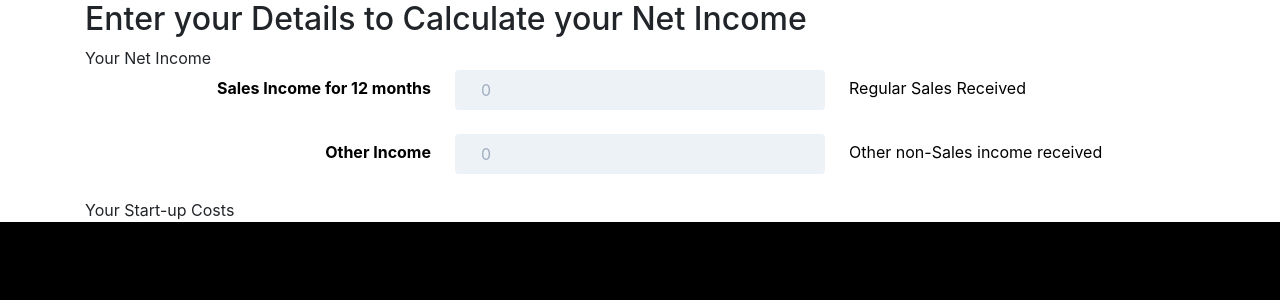
Repository: latenightsnacc/Financial-Forecast
Page: financial-forecast.html
The author's editor kept a copy of each file at every save. The page is drawn from the files as they stood at one save, then again after the next save.
The browser window is 1280 px wide. The pictures show the whole page.

Above is the page before, as saved 2020-11-15 11:44:10.

### financial-forecast.html
<!DOCTYPE html>
<html lang="en">
<head>
    <meta charset="UTF-8">
    <meta name="viewport" content="width=device-width, initial-scale=1.0">
    <!--Tailwind CDN-->
    <link rel="stylesheet" href="https://cdnjs.cloudflare.com/ajax/libs/tailwindcss/1.9.6/base.min.css" integrity="sha512-hEjkvMSM0ql6VJcNK0gTmjt9ar8F2yHeBUbJKtyvQhkkbGMhiJ4+MaiB8XxsthLAHJx5vy2I9dN0un8HiWG2LA==" crossorigin="anonymous" />
    <link rel="stylesheet" href="https://cdnjs.cloudflare.com/ajax/libs/tailwindcss/1.9.6/components.min.css" integrity="sha512-TizAONqhvXjEfRPhptSUkZNVU497PzAnXNGNUoeOjeni4dHpJ+ak+ZsyoGna20LH/yg1PvdufN1VbnVQeVDftg==" crossorigin="anonymous" />
    <link rel="stylesheet" href="https://cdnjs.cloudflare.com/ajax/libs/tailwindcss/1.9.6/tailwind.css" integrity="sha512-HY1FOTeAX9idUBWDhVDrBg8QUHBisKVQ4BCVj1jFo5z76mk87w4Rr5YGP8nBkcGmoMzqYvdeXHMOg/olF45z3g==" crossorigin="anonymous" />
    <link rel="stylesheet" href="https://cdnjs.cloudflare.com/ajax/libs/tailwindcss/1.9.6/utilities.min.css" integrity="sha512-0QJfuLKyYJWGB5hKArJW67xqMLDlR8YaLM/ZuW2mRn4NRwHNsGm7UuREc5Fu7jONHyewPKnGODY0N8G+FQbfxg==" crossorigin="anonymous" />
    <!--Bootstrap CDN-->
    <link rel="stylesheet" href="https://cdn.jsdelivr.net/npm/bootstrap@4.5.3/dist/css/bootstrap.min.css" integrity="sha384-TX8t27EcRE3e/ihU7zmQxVncDAy5uIKz4rEkgIXeMed4M0jlfIDPvg6uqKI2xXr2" crossorigin="anonymous">
    <title>Financial Forecast |Resaads Consults - Think Millenial</title>
</head>
<body class="bg-black">
    <div class="container">
        <!--Navigation-->
    </div>
    <div class="wrapper bg-white">
        <div class="container">
            <h2 class="title">Enter your Details to Calculate your Net Income</h2>
        </div>
        <div class="container">
            <!--FORM-->
            <form class="w-full max-w-none">
            <!--NET INCOME-->
                <div class="title">Your Net Income</div>
                <!--Sales Income-->
                <div class="md:flex md:items-center mb-6">
                  <div class="md:w-1/3">
                    <label class="block text-black font-bold md:text-right mb-1 md:mb-0 pr-4" for="inline-full-name" placeholder="0">
                      Sales Income for 12 months
                    </label>
                  </div>
                  <div class="md:w-1/3">
                    <input class="bg-gray-200 appearance-none border-2 border-gray-200 rounded w-full py-2 px-4 text-gray-700 leading-tight focus:outline-none focus:bg-white focus:border-grey-500" id="inline-full-name" type="text" placeholder="0">
                  </div>
                  <div class="md:w-1/3">
                    <label class="block text-black font-500 md:text-right mb-1 md:mb-0 pl-4 float-left" for="inline-full-name" >
                      Regular Sales Received
                    </label>
                  </div>
                </div>
                <!--Other Income-->
                <div class="md:flex md:items-center mb-6">
                    <div class="md:w-1/3">
                      <label class="block text-black font-bold md:text-right mb-1 md:mb-0 pr-4" for="inline-full-name" placeholder="0">
                        Other Income
                      </label>
                    </div>
                    <div class="md:w-1/3">
                      <input class="bg-gray-200 appearance-none border-2 border-gray-200 rounded w-full py-2 px-4 text-gray-700 leading-tight focus:outline-none focus:bg-white focus:border-grey-500" id="inline-full-name" type="text" placeholder="0">
                    </div>
                    <div class="md:w-1/3">
                      <label class="block text-black font-500 md:text-right mb-1 md:mb-0 pl-4 float-left" for="inline-full-name" >
                        Other non-Sales income received
                      </label>
                    </div>
                </div>
            <!--STARTUP COSTS-->
                <div class="title">Your Start-up Costs</div>
              </form>
        </div>
    </div>
    <!--Bootstrap Scripts-->
    <script src="https://code.jquery.com/jquery-3.5.1.slim.min.js" integrity="sha384-DfXdz2htPH0lsSSs5nCTpuj/zy4C+OGpamoFVy38MVBnE+IbbVYUew+OrCXaRkfj" crossorigin="anonymous"></script>
    <script src="https://cdn.jsdelivr.net/npm/popper.js@1.16.1/dist/umd/popper.min.js" integrity="sha384-9/reFTGAW83EW2RDu2S0VKaIzap3H66lZH81PoYlFhbGU+6BZp6G7niu735Sk7lN" crossorigin="anonymous"></script>
    <script src="https://cdn.jsdelivr.net/npm/bootstrap@4.5.3/dist/js/bootstrap.min.js" integrity="sha384-w1Q4orYjBQndcko6MimVbzY0tgp4pWB4lZ7lr30WKz0vr/aWKhXdBNmNb5D92v7s" crossorigin="anonymous"></script>
</body>
</html>

After the next save:
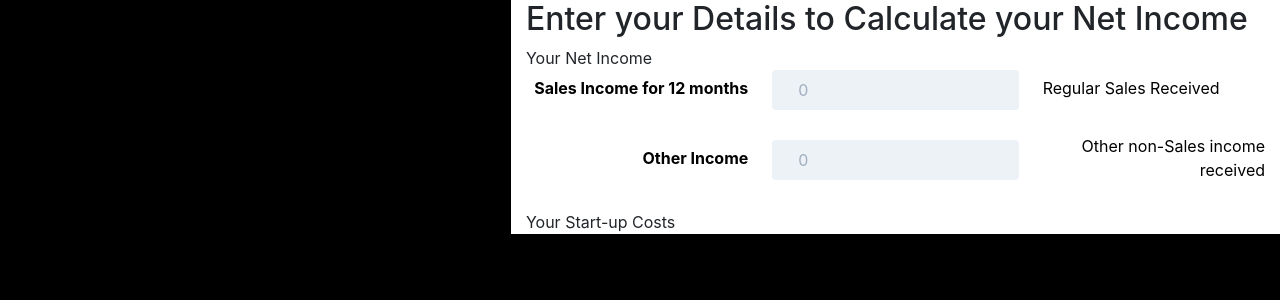
Saved 14 s later.
--- a/financial-forecast.html
+++ b/financial-forecast.html
@@ -16,7 +16,7 @@
     <div class="container">
         <!--Navigation-->
     </div>
-    <div class="wrapper bg-white">
+    <div class="wrapper float-right bg-white">
         <div class="container">
             <h2 class="title">Enter your Details to Calculate your Net Income</h2>
         </div>
